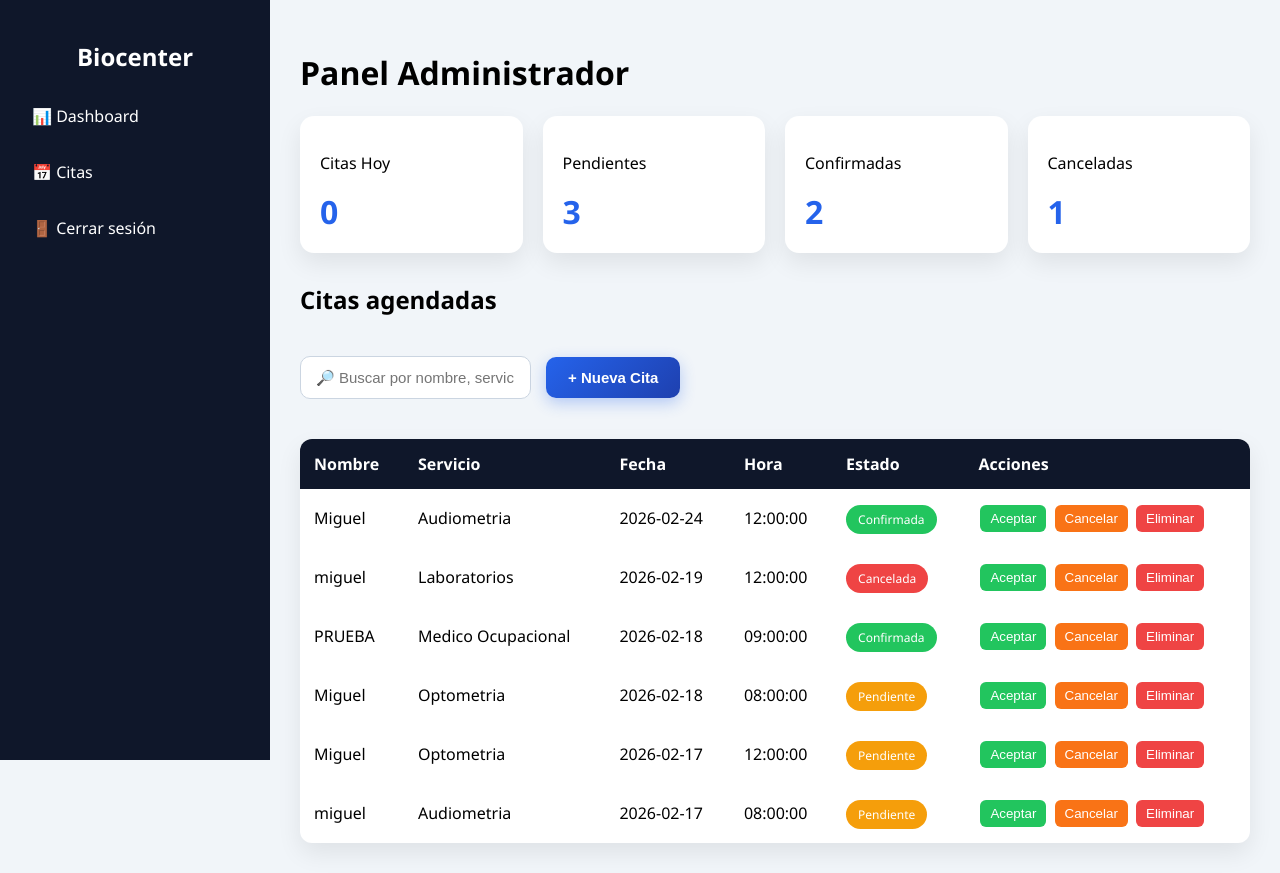
Repository: Miguelperdomo/Biocenter
Page: http://localhost/public_html/PHP/panel.php
These files come from the project's save history. The page is drawn as it stood at one moment and after the next save; the edit follows.
The browser window is 1280 px wide. The pictures show the whole page.
The page is run by PHP 8.4 with error messages shown; the project is at /var/www/html/. The session is filled in as if someone had signed in: {"admin": {"id": 1, "usuario": "admin", "email": "perdomomiguel2004@gmail.com"}}. The database holds what the project's SQL file puts in it.

Above is the page before, as saved 2026-02-19 10:42:19.

After the next save:
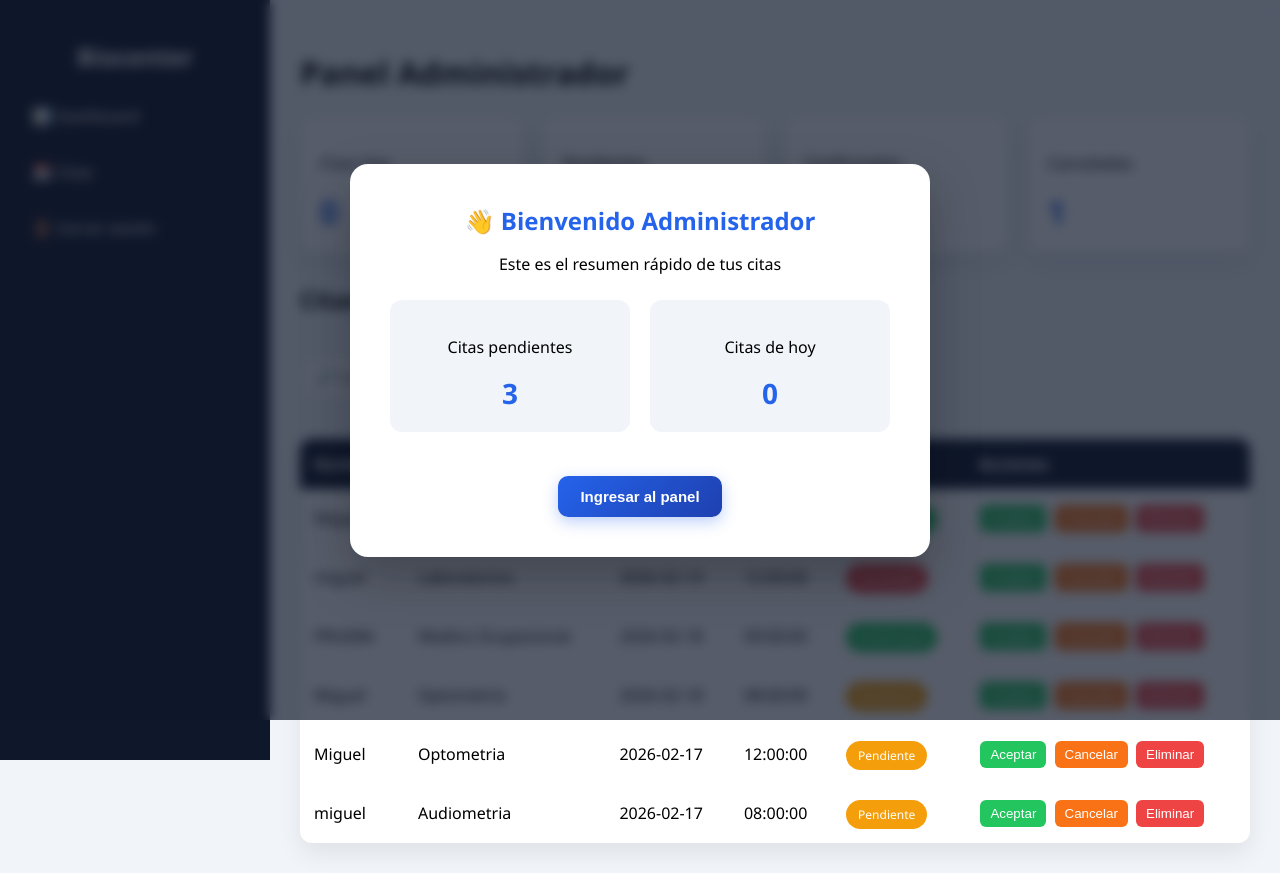
Saved 18 s later.
--- a/PHP/panel.php
+++ b/PHP/panel.php
@@ -474,6 +474,18 @@ function nuevaCita(){
 }
 
 </script>
+<script>
+
+// Mostrar automáticamente al entrar
+window.onload = function(){
+    document.getElementById("modalBienvenida").style.display="flex";
+}
+
+function cerrarBienvenida(){
+    document.getElementById("modalBienvenida").style.display="none";
+}
+
+</script>
 
 
 </body>
